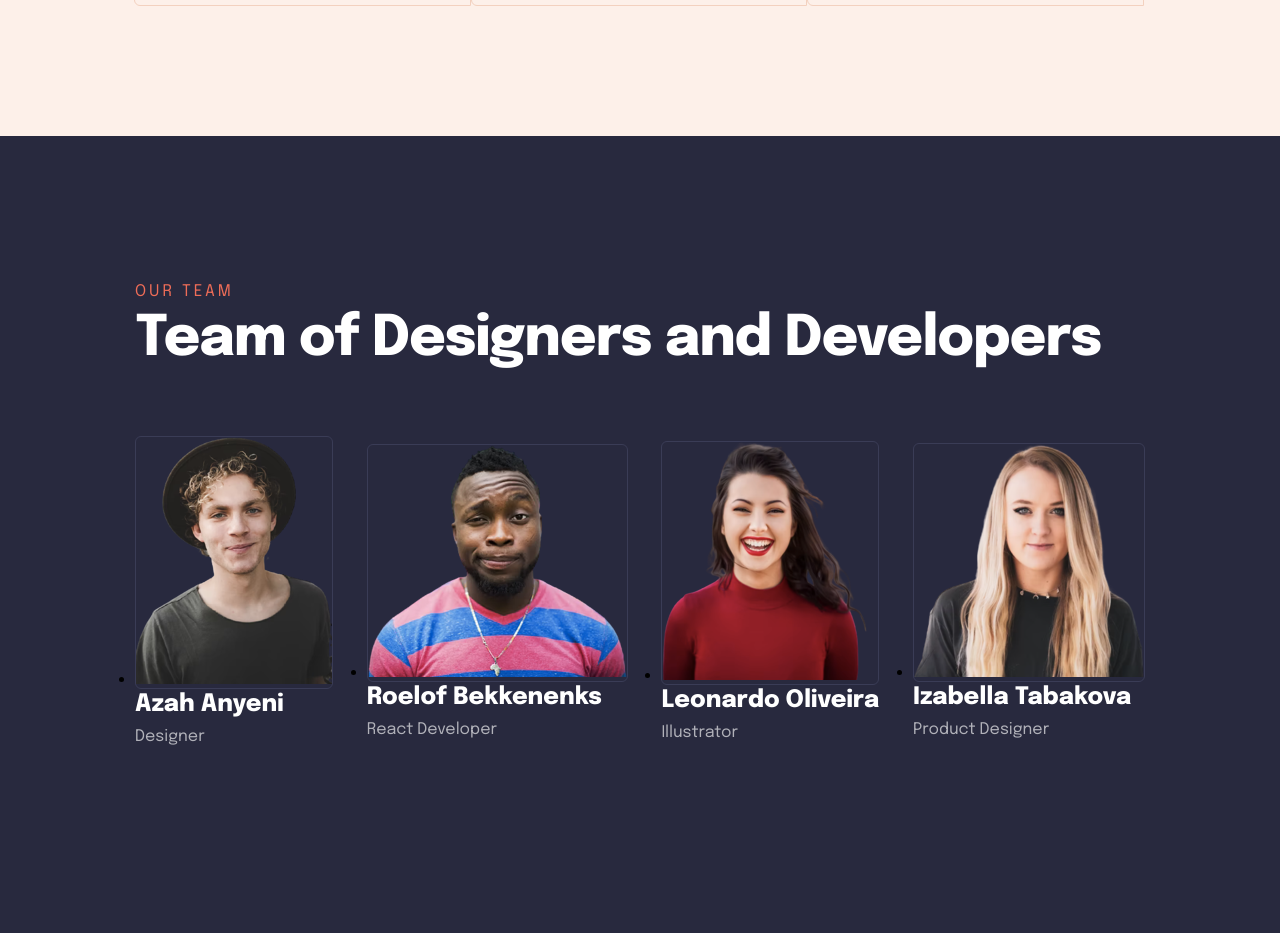
Repository: qafqazly123/websayt-1
Page: aboutPage/index.html
The author's editor kept a copy of each file at every save. The page is drawn from the files as they stood at one save, then again after the next save.
The browser window is 1280 px wide. The pictures show the part of the page from y = 1126 to 2078 px (the page is 2059 px tall before and 2078 px after).
A picture or video elsewhere on the page could not be fetched, so the positions and the page height are approximate.

Above is the page before, as saved 2023-12-19 15:25:41.

### aboutPage/index.html
<!DOCTYPE html>
<html lang="en">
  <head>
    <meta charset="UTF-8" />
    <meta name="viewport" content="width=device-width, initial-scale=1.0" />
    <title>Document</title>
    <link rel="stylesheet" href="index.css" />
  </head>
  <body>
    <div class="container-1">
      <div class="container-img">
        <img src="https://cdn.hswstatic.com/gif/biz-networking1.jpg" alt="" />
      </div>
      <div class="right-container">
        <div class="text-container">
          <h1>Founder Words</h1>
          <h2>
            Digital agency is a business you hire to outsource your digital
            marketing efforts
          </h2>
          <h4>Ren Delan</h4>
          <p>Founder</p>
        </div>
        <img src="./Shape.svg" alt="" />
      </div>
    </div>
    <div class="container-down">
      <ul>
        <li>
          <div class="circle-box">
            <div class="circle">
              <svg
                xmlns="http://www.w3.org/2000/svg"
                width="24"
                height="24"
                viewBox="0 0 24 24"
                fill="none"
              >
                <path
                  fill-rule="evenodd"
                  clip-rule="evenodd"
                  d="M2.82812 0.765296C3.35902 0.235151 4.09188 -0.0416708 4.84066 0.0050961C5.58945 0.051863 6.28217 0.417722 6.743 1.00981L9.43541 4.46897C9.92889 5.10349 10.1029 5.93003 9.9079 6.71007L9.08742 9.99522C9.00114 10.3413 9.10245 10.7073 9.35441 10.9598L13.0398 14.6454C13.2925 14.8979 13.6592 14.9993 14.0058 14.9124L17.2892 14.0919C18.0691 13.8969 18.8953 14.0711 19.5301 14.5644L22.989 17.2555C24.2324 18.2231 24.3464 20.0607 23.2335 21.1722L21.6825 22.7233C20.5726 23.8333 18.9136 24.3209 17.3672 23.7763C13.4091 22.3836 9.81531 20.1174 6.85249 17.146C3.88152 14.1834 1.61557 10.5899 0.222699 6.63206C-0.320284 5.08699 0.167201 3.42642 1.27717 2.31637L2.82812 0.765296Z"
                  fill="white"
                />
              </svg>
            </div>
            <h2>Phone</h2>
          </div>
          <p>+1 (234) 567-89-00</p>
        </li>
        <li>
          <div class="circle-box">
            <div class="circle">
              <svg
                xmlns="http://www.w3.org/2000/svg"
                width="24"
                height="24"
                viewBox="0 0 24 24"
                fill="none"
              >
                <path
                  fill-rule="evenodd"
                  clip-rule="evenodd"
                  d="M2.82812 0.765296C3.35902 0.235151 4.09188 -0.0416708 4.84066 0.0050961C5.58945 0.051863 6.28217 0.417722 6.743 1.00981L9.43541 4.46897C9.92889 5.10349 10.1029 5.93003 9.9079 6.71007L9.08742 9.99522C9.00114 10.3413 9.10245 10.7073 9.35441 10.9598L13.0398 14.6454C13.2925 14.8979 13.6592 14.9993 14.0058 14.9124L17.2892 14.0919C18.0691 13.8969 18.8953 14.0711 19.5301 14.5644L22.989 17.2555C24.2324 18.2231 24.3464 20.0607 23.2335 21.1722L21.6825 22.7233C20.5726 23.8333 18.9136 24.3209 17.3672 23.7763C13.4091 22.3836 9.81531 20.1174 6.85249 17.146C3.88152 14.1834 1.61557 10.5899 0.222699 6.63206C-0.320284 5.08699 0.167201 3.42642 1.27717 2.31637L2.82812 0.765296Z"
                  fill="white"
                />
              </svg>
            </div>
            <h2>Phone</h2>
          </div>

          <p>info@agency.com</p>
        </li>
        <li>
          <div class="circle-box">
            <div class="circle">
              <svg
                xmlns="http://www.w3.org/2000/svg"
                width="24"
                height="24"
                viewBox="0 0 24 24"
                fill="none"
              >
                <path
                  fill-rule="evenodd"
                  clip-rule="evenodd"
                  d="M2.82812 0.765296C3.35902 0.235151 4.09188 -0.0416708 4.84066 0.0050961C5.58945 0.051863 6.28217 0.417722 6.743 1.00981L9.43541 4.46897C9.92889 5.10349 10.1029 5.93003 9.9079 6.71007L9.08742 9.99522C9.00114 10.3413 9.10245 10.7073 9.35441 10.9598L13.0398 14.6454C13.2925 14.8979 13.6592 14.9993 14.0058 14.9124L17.2892 14.0919C18.0691 13.8969 18.8953 14.0711 19.5301 14.5644L22.989 17.2555C24.2324 18.2231 24.3464 20.0607 23.2335 21.1722L21.6825 22.7233C20.5726 23.8333 18.9136 24.3209 17.3672 23.7763C13.4091 22.3836 9.81531 20.1174 6.85249 17.146C3.88152 14.1834 1.61557 10.5899 0.222699 6.63206C-0.320284 5.08699 0.167201 3.42642 1.27717 2.31637L2.82812 0.765296Z"
                  fill="white"
                />
              </svg>
            </div>
            <h2>Phone</h2>
          </div>

          <p>2247 Lunetta Street, TX 76301</p>
        </li>
      </ul>
    </div>
    <div class="container-3">
      <h2>Our Team</h2>
      <h1>Team of Designers and Developers</h1>
      <ul>
        <li>
          <div>
            <img src="../images/Bitmap.svg" alt="" />
          </div>
          <h3>Azah Anyeni</h3>
          <p>Designer</p>
        </li>
        <li>
          <div>
            <img src="../images/Bitmap (1).svg" alt="" />

          </div>
          <h3>Roelof Bekkenenks</h3>
          <p>React Developer</p>
        </li>
        <li>
          <div>
                      <img src="../images/Bitmap (2).svg" alt="" />

          </div>
          <h3>Leonardo Oliveira</h3>
          <p>Illustrator</p>
        </li>
        <li>
          <div>
                      <img src="../images/Bitmap (3).svg" alt="" />

          </div>
          <h3>Izabella Tabakova</h3>
          <p>Product Designer</p>
        </li>
      </ul>
    </div>
  </body>
</html>

### aboutPage/index.css
@import url("https://fonts.googleapis.com/css2?family=Epilogue:wght@400;800&display=swap");
* {
  padding: 0px;
  margin: 0px;
  box-sizing: border-box;
}
.container-1 {
  padding: 180px 135px 176px 135px;
  background-color: #28293e;
  display: flex;
}
.container-img img {
  margin-right: 130px;
  width: 477px;
  height: 420px;
  background: url(<path-to-image>), lightgray 0px 0px / 100% 100% no-repeat;
}
.text-container {
  margin-top: 44px;
  position: relative;
  z-index: 1;
}
.text-container h1 {
  margin-bottom: 33px;
  color: var(--Text_Light_Accent, #ef6d58);
  font-feature-settings: "clig" off, "liga" off;

  font-family: Epilogue;
  font-size: 16px;
  font-style: normal;
  font-weight: 400;
  line-height: 32px;
  letter-spacing: 3px;
  text-transform: uppercase;
}
.text-container h2 {
  color: var(--Text_Light, #fff);
  font-feature-settings: "clig" off, "liga" off;

  font-family: Epilogue;
  font-size: 40px;
  font-style: normal;
  font-weight: 800;
  line-height: 48px;
}
.text-container h4 {
  margin-top: 44px;
  color: var(--Text_Light, #fff);
  font-feature-settings: "clig" off, "liga" off;

  /* Text_Big */
  font-family: Epilogue;
  font-size: 20px;
  font-style: normal;
  font-weight: 400;
  line-height: 32px; /* 160% */
}
.text-container p {
  margin-top: 6px;
  color: var(--Text_Light_Gray, rgba(255, 255, 255, 0.64));
  font-feature-settings: "clig" off, "liga" off;

  /* Text_Small */
  font-family: Epilogue;
  font-size: 14px;
  font-style: normal;
  font-weight: 400;
  line-height: 24px; /* 171.429% */
}
.right-container {
  position: relative;
}

.right-container img {
  position: absolute;
  right: 46px;
  top: 53px;
  z-index: 0;
}
/* down */
.container-down {
  padding: 80px 135px 130px 134px;
  background: #fdf0e9;
}
.container-down ul {
  display: flex;
}
.container-down li {
  width: 33.3%;
  padding: 48px;
  list-style-type: none;
  border-radius: 6px 0px 0px 6px;
  border: 1px solid #f3d1bf;
  position: relative;
}

.container-down li h2 {
  color: var(--Text_Dark_Accent, #ef6d58);
  font-feature-settings: "clig" off, "liga" off;

  font-family: Epilogue;
  font-size: 16px;
  font-style: normal;
  font-weight: 400;
  line-height: 32px;
  letter-spacing: 3px;
  text-transform: uppercase;
}
.container-down li p {
  color: var(--Text_Dark, #391400);
  font-feature-settings: "clig" off, "liga" off;

  /* Text_Big */
  font-family: Epilogue;
  font-size: 20px;
  font-style: normal;
  font-weight: 400;
  line-height: 32px; /* 160% */
}

.container-down .circle-box {
  display: flex;
  align-items: center;
  margin-bottom: 15px;
}

.container-down .circle {
  width: 64px;
  height: 64px;
  margin-right: 10px;
  background-color: #ef6d58;
  border-radius: 50%;
  display: flex;
  justify-content: center;
  align-items: center;
}
@media screen and (max-width: 768px) {
  .container-1 {
    padding: 116px 23px 88px 23px;
    flex-direction: column;
    align-items: center;
  }
  .container-1  .container-img img {
    width: 275.321px;
    height: 242.813px;
    margin-right: 0px;
    flex-direction: column;
  }
  .container-1.text-container {
    margin-top: 41px;
    flex-direction: column;
  }
  .container-1 .text-container h1 {
    margin-bottom: 29px;
  }
  .container-1 .text-container h2 {
    font-size: 24px;
    font-style: normal;
    font-weight: 700;
    line-height: 32px; /* 133.333% */
  }
  .container-1 .text-container h4 {
    margin-top: 23px;
  }
  /* down */
  .container-down {
    padding: 32px 23px 123px 23px;
  }
  .container-down ul {
    flex-direction: column;
  }
  .container-down li {
    padding: 30px;
    width: 100%;
  }
}
/* container-3 */
.container-3{
  padding: 140px 135px 180px 135px;
  background-color: #28293E;
}
.container-3 h2{
  color: var(--Text_Light_Accent, #EF6D58);
  font-feature-settings: 'clig' off, 'liga' off;

  /* H5 */
  font-family: Epilogue;
  font-size: 16px;
  font-style: normal;
  font-weight: 400;
  line-height: 32px; /* 200% */
  letter-spacing: 3px;
  text-transform: uppercase;
}
.container-3 h1{
  color: var(--Text_Light, #FFF);
  font-feature-settings: 'clig' off, 'liga' off;

  /* H2 */
  font-family: Epilogue;
  font-size: 56px;
  font-style: normal;
  font-weight: 800;
  line-height: 64px; /* 114.286% */
  letter-spacing: -1px;
}
.container-3 li h3{
  color: var(--Text_Light, #FFF);
font-feature-settings: 'clig' off, 'liga' off;

/* H4 */
font-family: Epilogue;
font-size: 24px;
font-style: normal;
font-weight: 700;
line-height: 32px; /* 133.333% */
}
.container-3 ul{
  display: flex;
  justify-content: space-between;
  align-items: center;
  margin-top: 64px;
}
.container-3 li p{
  color: var(--Text_Light_Gray, rgba(255, 255, 255, 0.64));
font-feature-settings: 'clig' off, 'liga' off;

/* Text */
font-family: Epilogue;
font-size: 16px;
font-style: normal;
font-weight: 400;
line-height: 32px; /* 200% */
}
.container-3 ul li div{
  border-radius: 6px;
border: 1px solid #3A3C56;
}

After the next save:
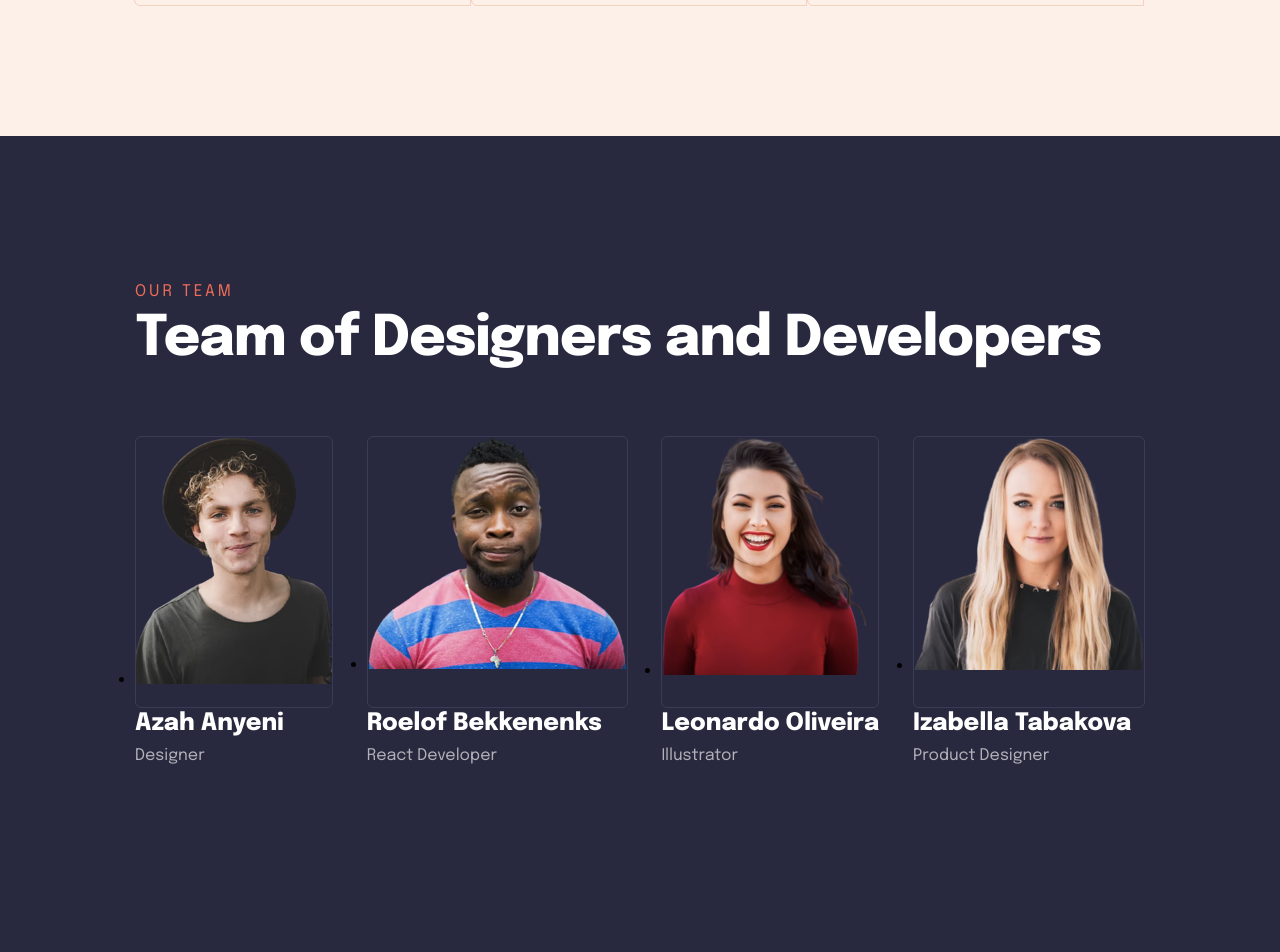
Saved 23 s later.
--- a/aboutPage/index.css
+++ b/aboutPage/index.css
@@ -235,4 +235,5 @@ line-height: 32px; /* 200% */
 .container-3 ul li div{
   border-radius: 6px;
 border: 1px solid #3A3C56;
-}
+height: 272px
+}
